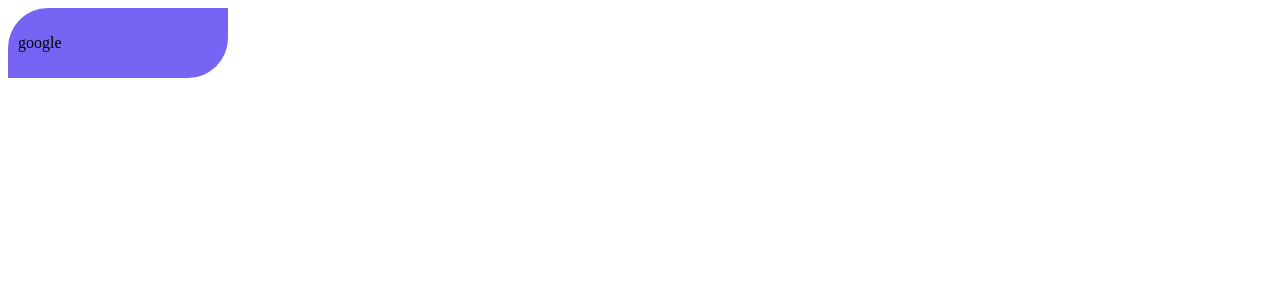
Repository: Aakarshit-Sharma19/Basic-HTML-and-CSS-Page-
Page: index.html
These files come from the project's save history. The page is drawn as it stood at one moment and after a run of saves; the edit follows.
The browser window is 1280 px wide. The pictures show the whole page.

Above is the page before, as saved 2020-11-07 11:53:42.

### index.html
<!DOCTYPE html>
<html lang="en">
<head>
    <meta charset="UTF-8">
    <meta name="viewport" content="width=device-width, initial-scale=1.0">
    <title>Document</title>
    <style>
        .shape{
            align-content: center;
            width: 200px;
            height: 50px;
            background: #7864F4;
            border-radius: 40px 0 40px 0;
        padding: 10px 10px 10px 10px;
        }
    </style>
</head>
<header>
</header>
<body>
    <div class="shape">
        <p class='shape_text'>google</p>
    </div>
</body>
</html>

After the next 2 saves:
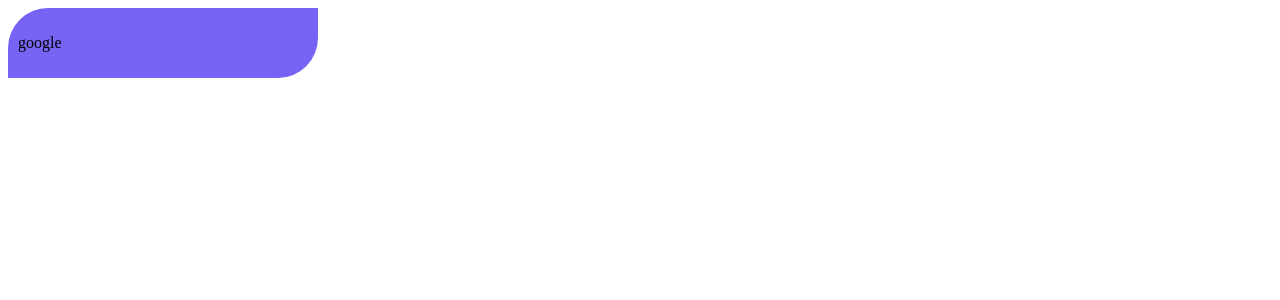
The 2 saves are shown as one change because they came seconds apart.
The last was saved 9 s later.
--- a/index.html
+++ b/index.html
@@ -11,7 +11,7 @@
             height: 50px;
             background: #7864F4;
             border-radius: 40px 0 40px 0;
-        padding: 10px 10px 10px 10px;
+        padding: 10px 100px 10px 10px;
         }
     </style>
 </head>
